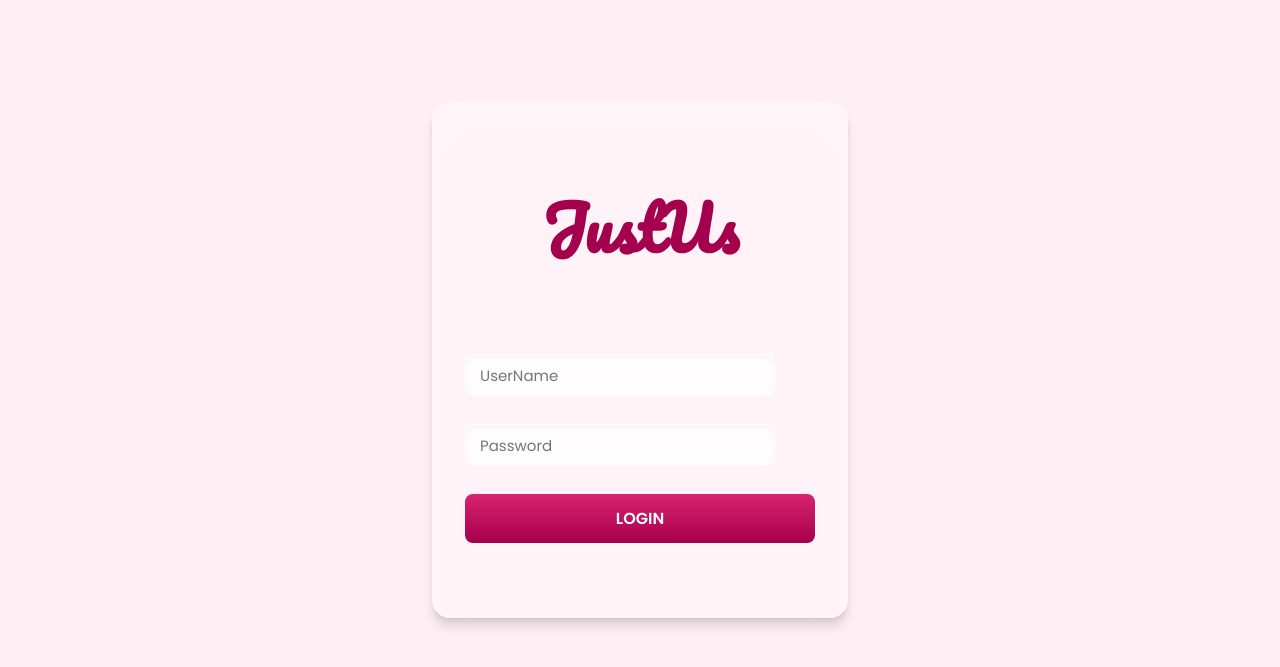
Repository: AfifaNoor/JustUs_ReactJs
Page: /
The author's editor kept a copy of each file at every save. The page is drawn from the files as they stood at one save, then again after the next save.
The browser window is 1280 px wide. The pictures show the whole page.
The pointer rests on the first visible `.form-input`.
The project was rebuilt for these pictures with package versions that can differ from the ones it lists, and the page was loaded fresh each time.

Above is the page before, as saved 2025-07-14 16:20:11.

### public/index.html
<!DOCTYPE html>
<html lang="en">
  <head>
    <meta charset="utf-8" />
    <link rel="icon" href="%PUBLIC_URL%/favicon.ico" />
    <link href="https://fonts.googleapis.com/css2?family=Poppins:wght@300;400;500;600;700&family=Pacifico&display=swap" rel="stylesheet">
    <meta name="viewport" content="width=device-width, initial-scale=1" />
    <meta name="theme-color" content="#000000" />
    <meta
      name="description"
      content="Web site created using create-react-app"
    />
    <link rel="apple-touch-icon" href="%PUBLIC_URL%/logo192.png" />
    <!--
      manifest.json provides metadata used when your web app is installed on a
      user's mobile device or desktop. See https://developers.google.com/web/fundamentals/web-app-manifest/
    -->
    <link rel="manifest" href="%PUBLIC_URL%/manifest.json" />
    <!--
      Notice the use of %PUBLIC_URL% in the tags above.
      It will be replaced with the URL of the `public` folder during the build.
      Only files inside the `public` folder can be referenced from the HTML.

      Unlike "/favicon.ico" or "favicon.ico", "%PUBLIC_URL%/favicon.ico" will
      work correctly both with client-side routing and a non-root public URL.
      Learn how to configure a non-root public URL by running `npm run build`.
    -->
    <title>Just Us</title>
  </head>
  <body>
    <noscript>You need to enable JavaScript to run this app.</noscript>
    <div id="root"></div>
    <!--
      This HTML file is a template.
      If you open it directly in the browser, you will see an empty page.

      You can add webfonts, meta tags, or analytics to this file.
      The build step will place the bundled scripts into the <body> tag.

      To begin the development, run `npm start` or `yarn start`.
      To create a production bundle, use `npm run build` or `yarn build`.
    -->
  </body>
</html>

### src/App.js
import React from 'react'
import LoginPage from './LoginPage'

const App = () => {
  return (
    <div>
      <LoginPage/>
    </div>
  )
}

export default App

### src/LoginPage.jsx
import React from 'react';
import "./LoginPage.css"

const LoginPage = () => {
  return (
    <div className='login-container'>
      <form className='form-container'>
      <div className='logo'>
        <h1> JustUs </h1>
      </div>
      <input
      className='form-input'
      type='text'
      placeholder='UserName'
      required

      />
      <input
      className='form-input'
      type='password'
      placeholder='Password'
      required

      />
      <button
      className='btn-login'>
       Login</button>

      </form>
    </div>
  )
}

export default LoginPage

### src/LoginPage.css
.login-container {
  width: 100%;
  height: 100vh;
  opacity: 1;
  transform: rotate(0deg);
  display: flex;
  justify-content: center;
  align-items: center;
  /* background: linear-gradient(#FFEFF4, #FDEAEF); */
  background-color: #FFEFF4;
  flex-direction: column;
  position: relative;
  font-family: 'Poppins', sans-serif;


}

h1,h2,h3 {
  color: #A4004E;
  font-weight: 700;
}

.logo {
  font-family: 'Pacifico', cursive;
  font-size: 30px;
  text-align: center;
  margin-bottom: 20px;
  /* color: #A4004E; */

}

.btn-login {
  background: linear-gradient(180deg, #D9236E 0%, #A4004E 100%);
  color: #ffffff;
  border: none;
  padding: 12px 24px;
  border-radius: 8px;
  font-weight: 600;
  font-size: 16px;
  text-transform: uppercase;
  font-family: 'Poppins', sans-serif;
  margin-bottom: 20px;
  text-align: center;
  cursor: pointer;
  transition: 0.3s ease;
}

.btn-login:hover {
  transform: scale(1.05);
  background: linear-gradient(180deg, #A4004E 0%, #D9236E 100%);
}

.form-container{
    width: 350px;
    height: 450px;
    border-radius: 18px;
    padding: 32px;
    gap:14px;
    flex-direction: column;
    display: flex;
    z-index: 1;
    background: rgba(255, 255, 255, 0.25);
    border: 1px solid rgba(255, 255, 255, 0.2);
    border-image-slice: 1;
    -webkit-backdrop-filter: blur(20px);
    backdrop-filter: blur(20px);

    box-shadow:
  0px 10px 10px 0px rgba(0, 0, 0, 0.10),
  0px 4px 4px 0px rgba(0, 0, 0, 0.05),
  0px 1px 0px 0px rgba(0, 0, 0, 0.05),
  inset 0px 20px 50px 0px rgba(255, 255, 255, 0.15);
}

.form-input{
    width: 80%;
    height: 20px;
    padding: 10px 14px;
    font-size: 15px;
    min-width: 140px;
    max-width: 500px;
    transform: rotate(0deg);
    font-family: 'Poppins', sans-serif;
    opacity: 1;
    margin-bottom: 14px;
    margin-right: 10px;
    border: 1px solid transparent;
    cursor: pointer;
    font-family: 'Poppins', sans-serif;
    background: rgba(255, 255, 255, 0.8);
    box-shadow: inset 0 2px 6px rgba(0,0,0,0.05);
    transition: border-color 0.2s;
    border-radius: 10px;


}
.form-input:hover{


}

Loaded but not shown: src/index.js (common file); src/index.css (common file); src/reportWebVitals.js (common file); public/manifest.json (common file)

After the next save:
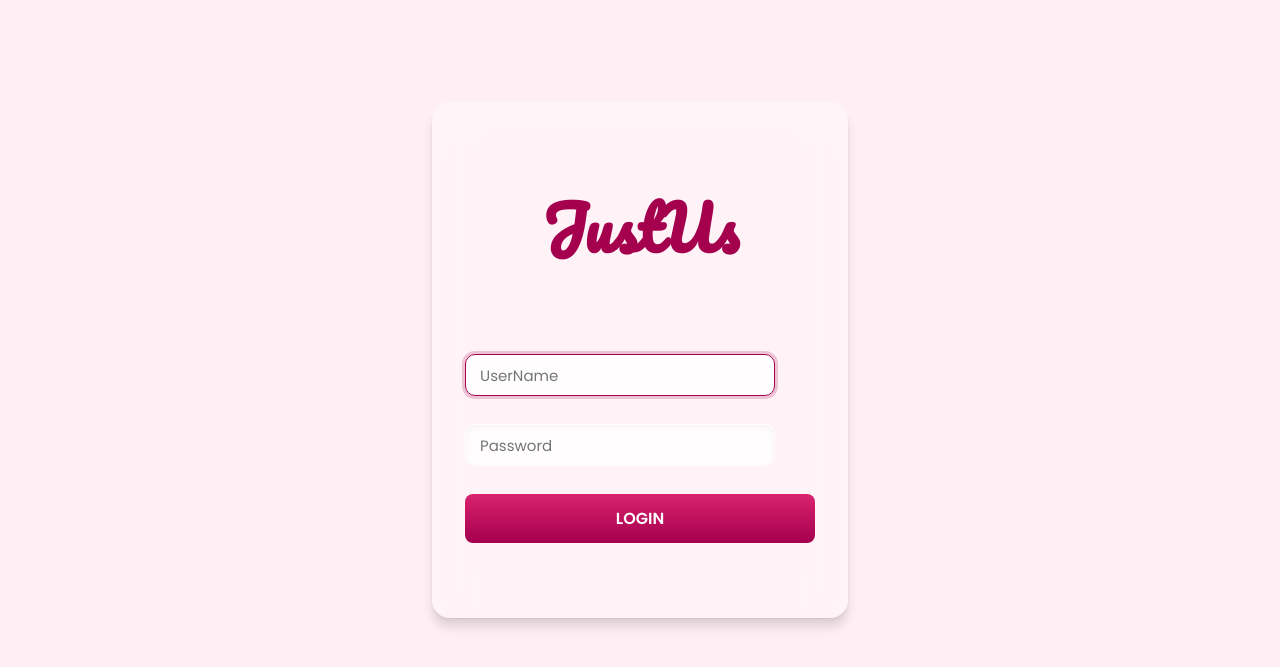
Saved 22 s later.
--- a/src/LoginPage.css
+++ b/src/LoginPage.css
@@ -95,6 +95,8 @@
 
 }
 .form-input:hover{
-
+  outline: none;
+  border-color: #A4004E;
+  box-shadow: 0 0 0 3px rgba(164, 0, 78, 0.2);
 
 }
